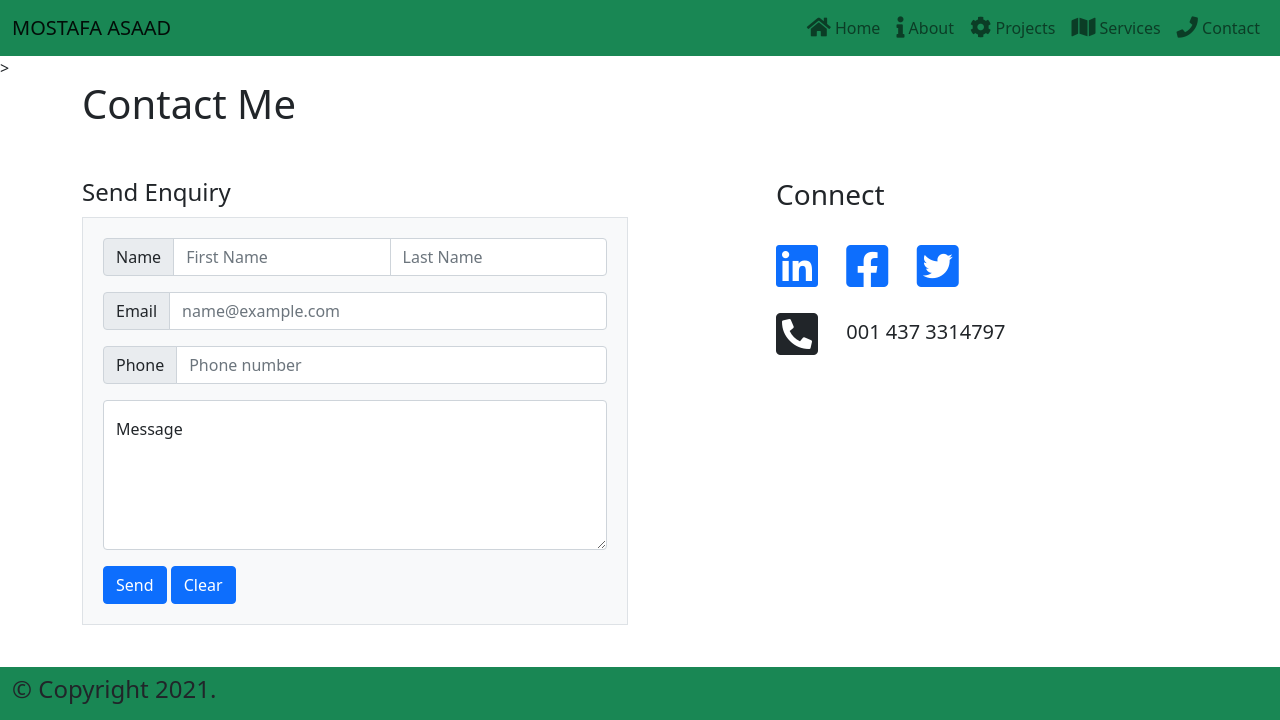
Repository: Mostafa-Asaad/Portfolio
Page: http://localhost/contact
The author's editor kept a copy of each file at every save. The page is drawn from the files as they stood at one save, then again after the next save.
The browser window is 1280 px wide. The pictures show the whole page.
The page is served by the project's Node server (index.js). Other server files are loaded and not shown.

Above is the page before, as saved 2021-06-04 17:13:25.

### Server/Views/index.ejs
<!DOCTYPE html>
<html lang="en">
<head>
  <meta charset="UTF-8">
  <meta http-equiv="X-UA-Compatible" content="IE=edge">
  <meta name="viewport" content="width=device-width, initial-scale=1.0">
  <title><%= title %></title>
  <!-- CSS Section -->
  <link rel="stylesheet" href="/bootstrap/dist/css/bootstrap.min.css">
  <link rel="stylesheet" href="/@fortawesome/fontawesome-free/css/all.min.css">
  <link rel="stylesheet" href="/Content/app.css">
</head>
<body>
  <!-- Navigation Section -->
 <header>
  <%- include('./components/header.ejs') %>
 </header>

  <!--Main Content-->>
  <main>
    <%- include('./content/' + page + '.ejs') %>
  </main>

  <!-- Bottom Nav -->
  <footer>
    <%- include('./components/footer.ejs') %>
  </footer>

  <!-- JavaScript Section -->
  <script src="/jquery/dist/jquery.min.js"></script>
  <script src="/bootstrap/dist/js/bootstrap.min.js"></script>
  <script src="/Scripts/app.js"></script>
</body>
</html>

### Server/Views/components/header.ejs
<nav class="navbar navbar-expand-lg navbar-light bg-success">
    <div class="container-fluid">
      <a class="navbar-brand" href="#">MOSTAFA ASAAD</a>
      <button class="navbar-toggler" type="button" data-bs-toggle="collapse" data-bs-target="#navbarSupportedContent" aria-controls="navbarSupportedContent" aria-expanded="false" aria-label="Toggle navigation">
        <span class="navbar-toggler-icon"></span>
      </button>
      <div class="collapse navbar-collapse" id="navbarSupportedContent">
        <ul class="navbar-nav ms-auto mb-2 mb-lg-0">
          <li class="nav-item">
            <a class="nav-link" href="/home"><i class="fas fa-home fa-lg"></i> Home</a>
          </li>
          <li class="nav-item">
            <a class="nav-link" href="/about"><i class="fas fa-info fa-lg"></i> About</a>
          </li>
          <li class="nav-item">
            <a class="nav-link" href="/projects"><i class="fas fa-cog fa-lg"></i> Projects</a>
          </li>
          <li class="nav-item">
            <a class="nav-link" href="/services"><i class="fas fa-map fa-lg"></i> Services</a>
          </li>
          <li class="nav-item">
            <a class="nav-link" href="/contact"><i class="fas fa-phone fa-lg"></i> Contact</a>
          </li>
        </ul>
      </div>
    </div>
  </nav>

### Server/Views/content/contact.ejs

<!-- Page Title -->
<div class="container" style= "margin-bottom:50px;" >
  <h1>Contact Me</h1>
</div>

<!-- Message form -->

<div class="container">
  <div class="row align-items-start">
    <div class="col-6">
      <div style= "margin-bottom:10px;">
       <h4>Send Enquiry</h4>
      </div>
      <div class="col border border-bottom rounded-lg bg-light">
       <div style= "margin:20px;">
    <!-- First and last name -->
          <div class="input-group mb-3"  >
            <span class="input-group-text">Name</span>
            <input type="text" placeholder="First Name" aria-label="First name" class="form-control">
            <input type="text" placeholder="Last Name" aria-label="Last name" class="form-control">
          </div>
    <!-- email Form -->
          <div class="input-group flex-nowrap mb-3">
            <span class="input-group-text" id="addon-wrapping">Email</span>
            <input type="text" class="form-control" placeholder="name@example.com" aria-label="email address" aria-describedby="addon-wrapping">
           </div>
    <!-- Phone number -->
          <div class="input-group mb-3">
            <span class="input-group-text" id="inputGroup-sizing-default">Phone</span>
            <input type="text" placeholder="Phone number" class="form-control" aria-label="Sizing example input" aria-describedby="inputGroup-sizing-default">
          </div>
    <!-- Comments -->
          <div class="form-floating mb-3">
            <textarea class="form-control" placeholder="Leave a comment here" id="floatingTextarea2" style="height: 150px"></textarea>
            <label for="floatingTextarea2">Message</label>
          </div>
    <!-- Click Buttons -->
          <input class="btn btn-primary" type="submit" value="Send" >
          <input class="btn btn-primary" type="submit" value="Clear" >
        </div>
      </div>
    </div>
  <!-- Connect Buttons -->
    <div class="col">
      <div class="container-fluid ">
        <div style= "margin-left:100px;">
          <div style= "margin-bottom:30px;">
            <h3>Connect</h3>
          </div>
          <div class="row align-items-start" style= "margin-bottom:20px;">
            <div class="col-2">
              <a class="link" href="https://www.linkedin.com/in/mostafa-asaad/"><i class="fab fa-linkedin fa-3x"></i></a>
            </div>
            <div class="col-2">
              <a class="link" href="https://www.facebook.com/"><i class="fab fa-facebook-square fa-3x"></i></a>
            </div>
            <div class="col-2">
              <a class="link" href="https://twitter.com/Moe_Asd"><i class="fab fa-twitter-square fa-3x"></i></a>
            </div>
          </div>
          <div class="row align-items-start" style= "margin-bottom:20px;">
            <div class="col-2 margin-bottom:30px">
              <i class="fas fa-phone-square-alt fa-3x"></i>
            </div>
            <div class="col-6" style= "margin-top:10px;">
              <h5>001 437 3314797</h5>
            </div>
          </div>
        </div>
      </div>
    </div>
  </div>
 </div>

### Server/Views/components/footer.ejs
<nav class="navbar fixed-bottom navbar-success bg-success">
    <div class="container-fluid">
      <h4>&copy; Copyright 2021.</h4>
    </div>
  </nav>

### index.js
#!/usr/bin/env node
"use strict";
var __importDefault = (this && this.__importDefault) || function (mod) {
    return (mod && mod.__esModule) ? mod : { "default": mod };
};
Object.defineProperty(exports, "__esModule", { value: true });
const app_1 = __importDefault(require("./Server/Config/app"));
const debug_1 = __importDefault(require("debug"));
debug_1.default('week-4d:server');
const http_1 = __importDefault(require("http"));
let port = normalizePort(process.env.PORT || '3000');
app_1.default.set('port', port);
let server = http_1.default.createServer(app_1.default);
server.listen(port);
server.on('error', onError);
server.on('listening', onListening);
function normalizePort(val) {
    let port = parseInt(val, 10);
    if (isNaN(port)) {
        return val;
    }
    if (port >= 0) {
        return port;
    }
    return false;
}
function onError(error) {
    if (error.syscall !== 'listen') {
        throw error;
    }
    var bind = typeof port === 'string'
        ? 'Pipe ' + port
        : 'Port ' + port;
    switch (error.code) {
        case 'EACCES':
            console.error(bind + ' requires elevated privileges');
            process.exit(1);
            break;
        case 'EADDRINUSE':
            console.error(bind + ' is already in use');
            process.exit(1);
            break;
        default:
            throw error;
    }
}
function onListening() {
    let addr = server.address();
    let bind = typeof addr === 'string'
        ? 'pipe ' + addr
        : 'port ' + addr.port;
    debug_1.default('Listening on ' + bind);
}
//# sourceMappingURL=index.js.map

### Server/Routes/index.js
"use strict";
var __importDefault = (this && this.__importDefault) || function (mod) {
    return (mod && mod.__esModule) ? mod : { "default": mod };
};
Object.defineProperty(exports, "__esModule", { value: true });
const express_1 = __importDefault(require("express"));
const router = express_1.default.Router();
exports.default = router;
router.get('/', function (req, res, next) {
    res.render('index', { title: 'Home', page: 'home' });
});
router.get('/home', function (req, res, next) {
    res.render('index', { title: 'Home', page: 'home' });
});
router.get('/about', function (req, res, next) {
    res.render('index', { title: 'About Us', page: 'about' });
});
router.get('/projects', function (req, res, next) {
    res.render('index', { title: 'Our Projects', page: 'projects' });
});
router.get('/services', function (req, res, next) {
    res.render('index', { title: 'Our Services', page: 'services' });
});
router.get('/contact', function (req, res, next) {
    res.render('index', { title: 'Contact Us', page: 'contact' });
});
//# sourceMappingURL=index.js.map

### Client/Content/app.css
/* your custom css goes here */

### Client/Scripts/app.js
"use strict";
(function () {
    function Start() {
        console.log("App Started");
    }
    window.addEventListener("load", Start);
})();
//# sourceMappingURL=app.js.map

After the next save:
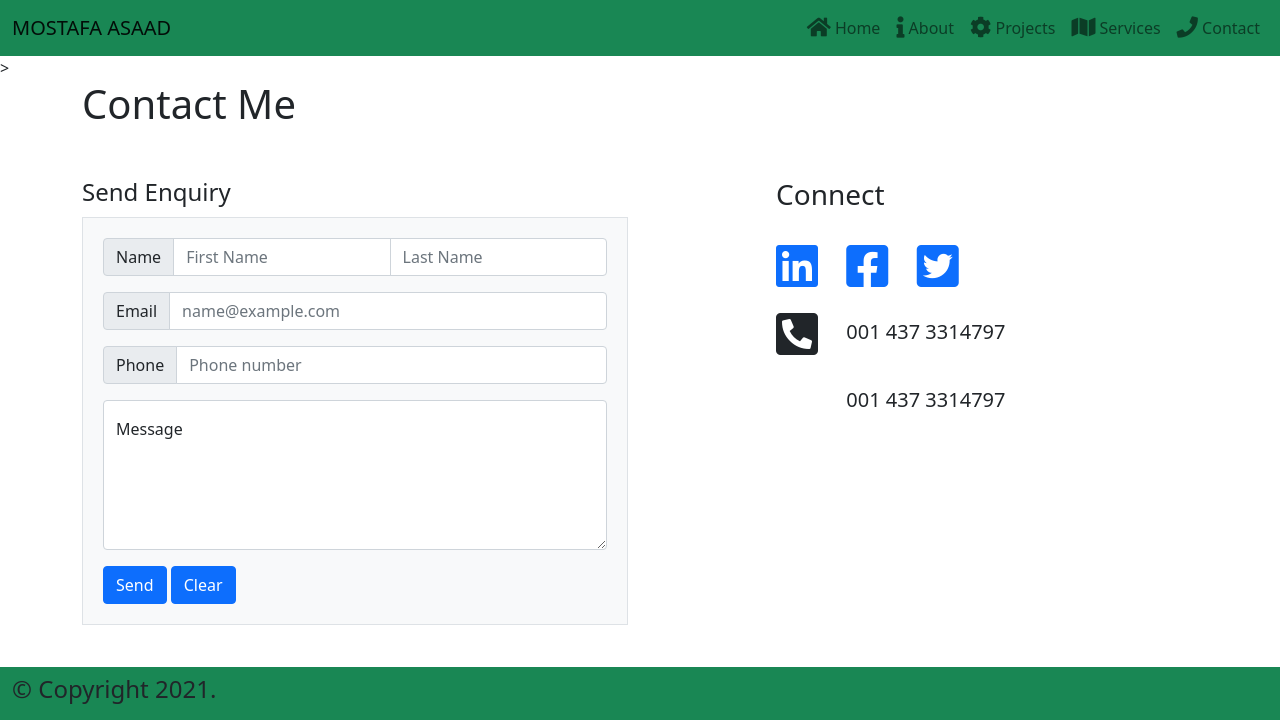
Saved 89 s later.
--- a/Server/Views/content/contact.ejs
+++ b/Server/Views/content/contact.ejs
@@ -67,6 +67,12 @@
               <h5>001 437 3314797</h5>
             </div>
           </div>
+          <div class="row align-items-start" style= "margin-bottom:20px;">
+            <div class="col-2 margin-bottom:30px">
+              <i class="fas fa-email-square-alt fa-3x"></i>
+            </div>
+            <div class="col-6" style= "margin-top:10px;">
+              <h5>001 437 3314797</h5>
         </div>
       </div>
     </div>
